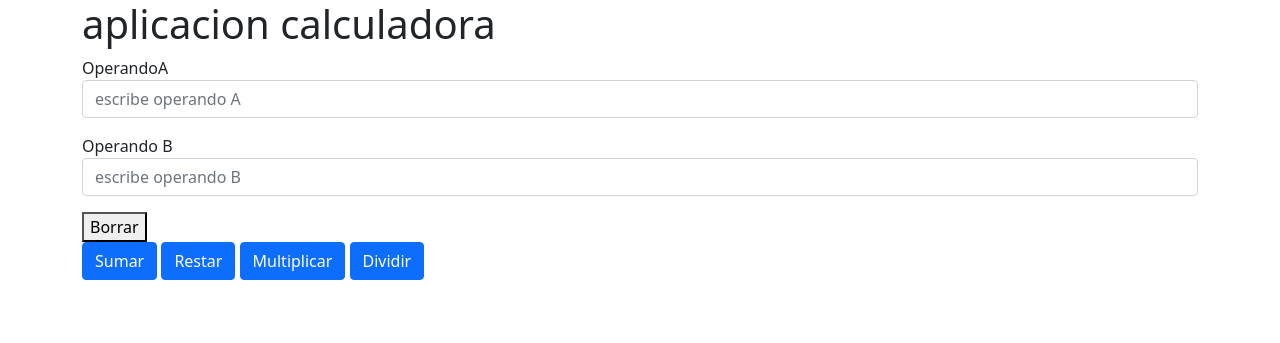
Repository: iwinser117/dw
Page: javascript udemy 43/ejercices/calculadora/index.html
The author's editor kept a copy of each file at every save. The page is drawn from the files as they stood at one save, then again after the next save.
The browser window is 1280 px wide. The pictures show the whole page.

Above is the page before, as saved 2022-10-02 12:32:07.

After the next save:
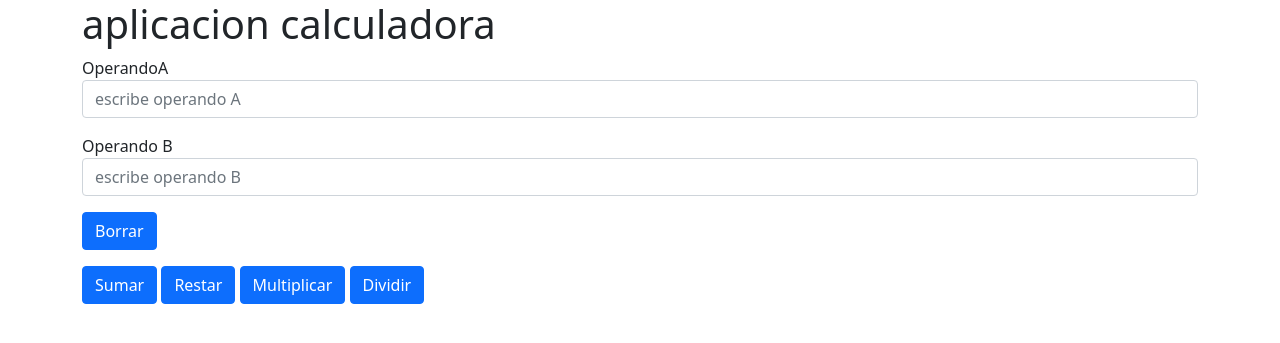
Saved 42 s later.
--- a/javascript udemy 43/ejercices/calculadora/index.html
+++ b/javascript udemy 43/ejercices/calculadora/index.html
@@ -23,7 +23,7 @@
                 <label for="operandoB">Operando B</label>
                 <input type="number" class="form-control" placeholder="escribe operando B" id="operandoB">
             </div>
-            <button type="reset" value="Borrar">Borrar</button>
+            <button class="btn btn-primary mb-3 type="reset" value="Borrar">Borrar</button>
     </form>
 
     <div class="btn-fcn" >
